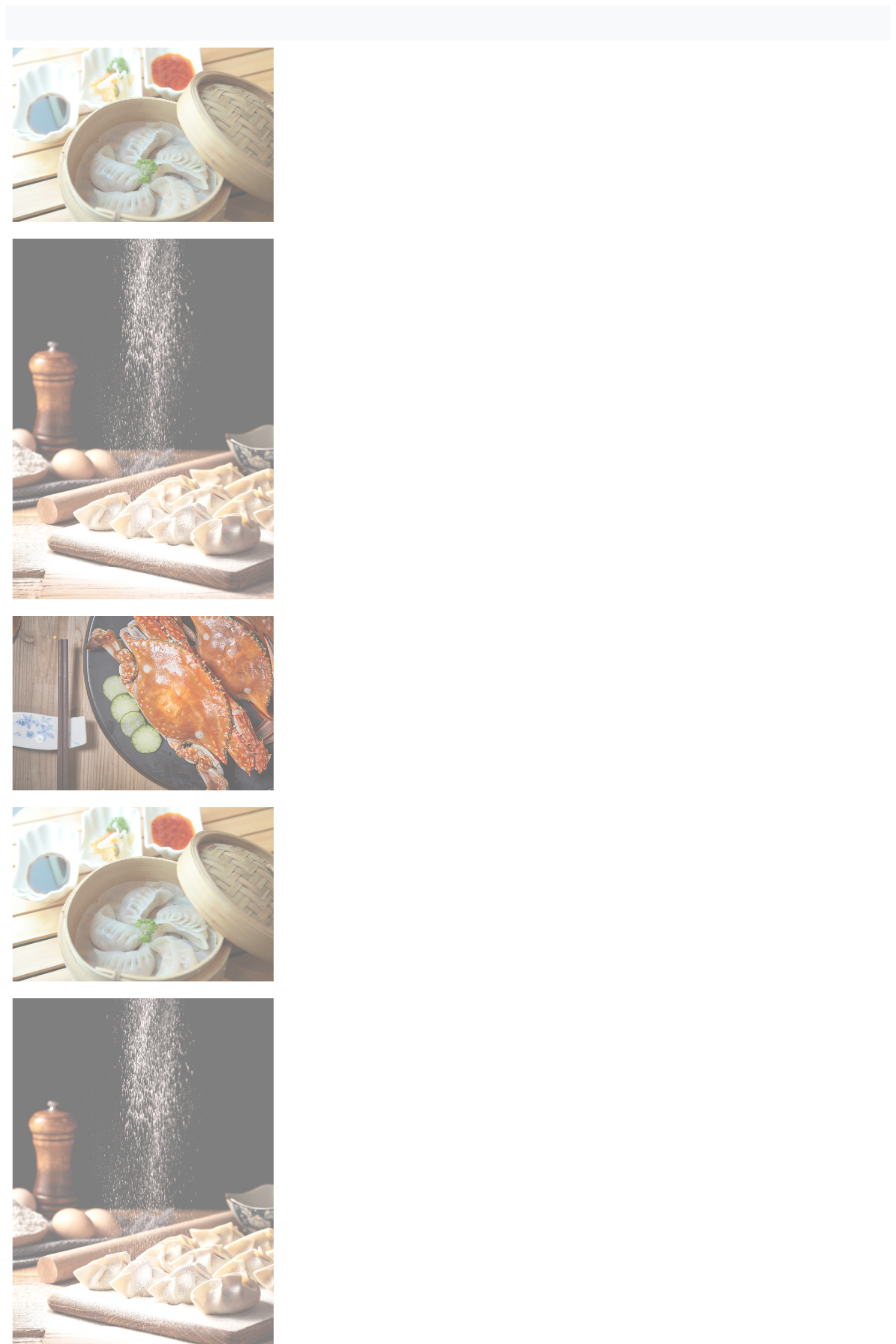
Repository: gyfffffff/meishimeike_test
Page: meishimeike/test.html
These files come from the project's save history. The page is drawn as it stood at one moment and after a run of saves; the edit follows.
The browser window is 1280 px wide. The pictures show the part of the page from y = 0 to 1920 px (the page is 3321 px tall before and 3339 px after), at 70% of full size.

Above is the page before, as saved 2023-07-13 18:00:24.

### meishimeike/test.html
<!DOCTYPE html>
<html lang="en">

<head>
    <meta charset="UTF-8">
    <meta name="viewport" content="width=device-width, initial-scale=1.0">
    <style>
        /* 设置顶部导航栏样式 */
        .navbar {
            background-color: #f8f9fa;
            height: 50px;
        }

        /* 设置图片容器样式 */
        .image-container {
            position: relative;
            display: inline-block;
            margin: 10px;
        }

        /* 设置图片样式 */
        .image-container img {
            display: block;
            width: 30%;
            opacity: 0.6;
            transition: opacity 0.3s ease-in-out;
        }

        /* 设置鼠标悬停时的透明度 */
        .image-container:hover img {
            opacity: 0.4;
        }

        /* 设置覆盖在图片上的DIV样式 */
        .image-container .overlay {
            position: absolute;
            top: 0;
            left: 0;
            width: 30%;
            height: 100%;
            background-color: rgba(0, 0, 0, 0.5);
            /* 调整颜色和透明度 */
            display: flex;
            align-items: center;
            justify-content: center;
            color: #fff;
            font-size: 24px;
            text-align: center;
            opacity: 0;
            transition: opacity 0.3s ease-in-out;
        }

        /* 设置鼠标悬停时覆盖层的透明度 */
        .image-container:hover .overlay {
            opacity: 1;
        }
    </style>
    <title>Image Waterfall Layout</title>
</head>

<body>
    <nav class="navbar">
        <!-- 导航栏内容 -->
    </nav>

    <thead>
        <tr>
            <th></th>
            <th></th>
            <th></th>
        </tr>
    </thead>
    <tbody>
        <tr class="colum">
            <td>
                <div class="image-container">
                    <img src="../images/dimsum-gdc2119ebe_1280.jpg" alt="Image 1">
                    <div class="overlay">Overlay Content</div>
                </div>
            </td>
            <td>
                <div class="image-container">
                    <img src="../images/dumplings-ga37414565_1920.jpg" alt="Image 2">
                    <div class="overlay">Overlay Content</div>
                </div>
            </td>
            <td>
                <div class="image-container">
                    <img src="../images/seafood-g05eaec168_1920.jpg" alt="Image 3">
                    <div class="overlay">Overlay Content</div>
                </div>
            </td>
        </tr>
                <tr class="colum">
                    <td>
                        <div class="image-container">
                            <img src="../images/dimsum-gdc2119ebe_1280.jpg" alt="Image 1">
                            <div class="overlay">Overlay Content</div>
                        </div>
                    </td>
                    <td>
                        <div class="image-container">
                            <img src="../images/dumplings-ga37414565_1920.jpg" alt="Image 2">
                            <div class="overlay">Overlay Content</div>
                        </div>
                    </td>
                    <td>
                        <div class="image-container">
                            <img src="../images/seafood-g05eaec168_1920.jpg" alt="Image 3">
                            <div class="overlay">Overlay Content</div>
                        </div>
                    </td>
                </tr>
                <tr class="colum">
                    <td>
                        <div class="image-container">
                            <img src="../images/dimsum-gdc2119ebe_1280.jpg" alt="Image 1">
                            <div class="overlay">Overlay Content</div>
                        </div>
                    </td>
                    <td>
                        <div class="image-container">
                            <img src="../images/dumplings-ga37414565_1920.jpg" alt="Image 2">
                            <div class="overlay">Overlay Content</div>
                        </div>
                    </td>
                    <td>
                        <div class="image-container">
                            <img src="../images/seafood-g05eaec168_1920.jpg" alt="Image 3">
                            <div class="overlay">Overlay Content</div>
                        </div>
                    </td>
                </tr>
    </tbody>






    <!-- 更多图片容器 -->

</body>

</html>

After the next 2 saves:
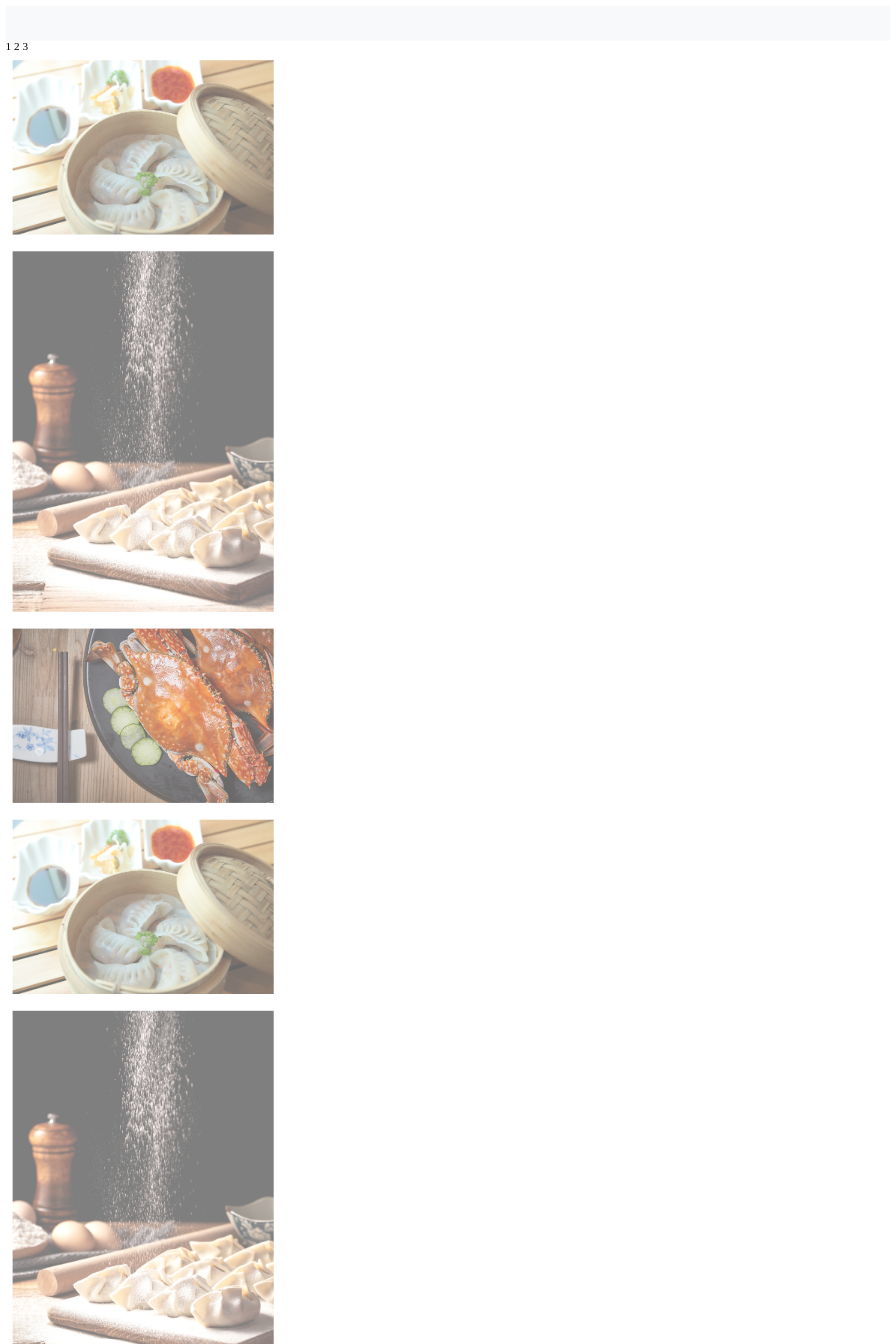
The 2 saves are shown as one change because they came seconds apart.
The last was saved 22 s later.
--- a/meishimeike/test.html
+++ b/meishimeike/test.html
@@ -65,9 +65,9 @@
 
     <thead>
         <tr>
-            <th></th>
-            <th></th>
-            <th></th>
+            <th>1</th>
+            <th>2</th>
+            <th>3</th>
         </tr>
     </thead>
     <tbody>
